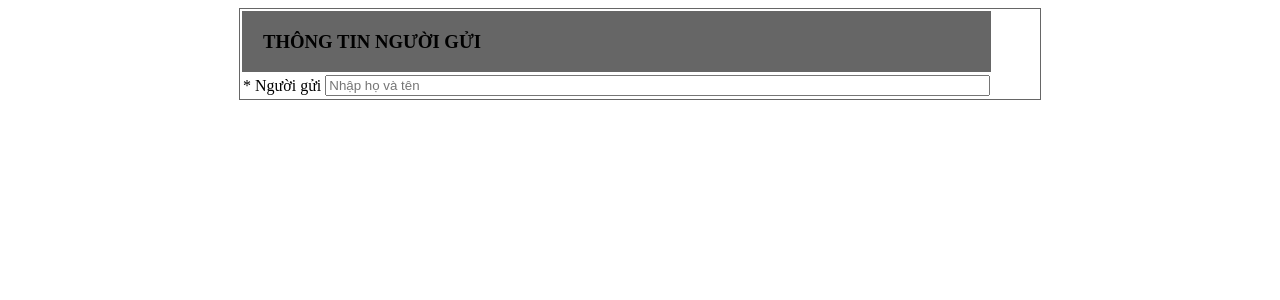
Repository: Tan-Khang21/TH_TKW--Buoi_04
Page: Bai_Tap_Mau/Bai_01/Bai_01.html
These files come from the project's save history. The page is drawn as it stood at one moment and after the next save; the edit follows.
The browser window is 1280 px wide. The pictures show the whole page.

Above is the page before, as saved 2024-03-05 20:00:50.

### Bai_Tap_Mau/Bai_01/Bai_01.html
<!DOCTYPE html>
<html lang="en">
  <head>
    <meta charset="UTF-8" />
    <meta name="viewport" content="width=device-width, initial-scale=1.0" />
    <title>Document</title>
  </head>
  <body>
    <form style="border: 1px solid #666 ; width: 800px; margin: 0 auto;">
        <table>
      <tr  bgcolor="#666">
        <td  colspan="2">
          <h3 style="margin-left: 20px">THÔNG TIN NGƯỜI GỬI</h3>
        </td>
      </tr>
      <tr>
        <td>* Người gửi</td>
        <td align="right"><input type="text" placeholder="Nhập họ và tên" size="80"></td>
    </table>
      </tr>
    </form>
  </body>
</html>

After the next save:
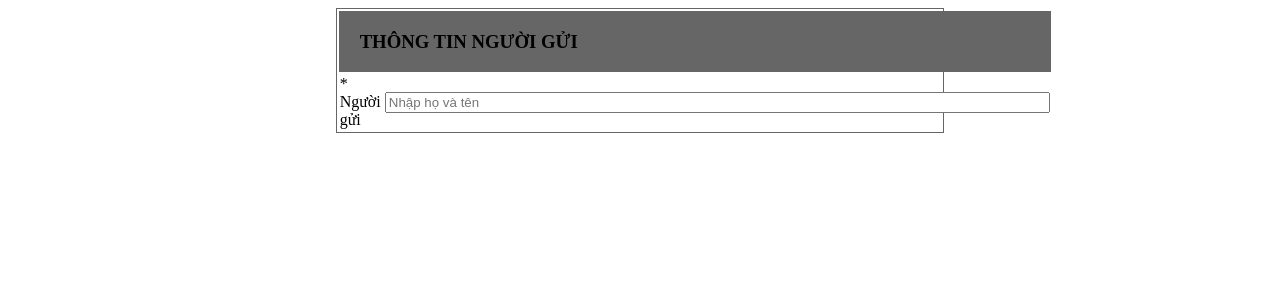
Saved 8 s later.
--- a/Bai_Tap_Mau/Bai_01/Bai_01.html
+++ b/Bai_Tap_Mau/Bai_01/Bai_01.html
@@ -6,7 +6,7 @@
     <title>Document</title>
   </head>
   <body>
-    <form style="border: 1px solid #666 ; width: 800px; margin: 0 auto;">
+    <form style="border: 1px solid #666 ; width: 48%; margin: 0 auto;">
         <table>
       <tr  bgcolor="#666">
         <td  colspan="2">
